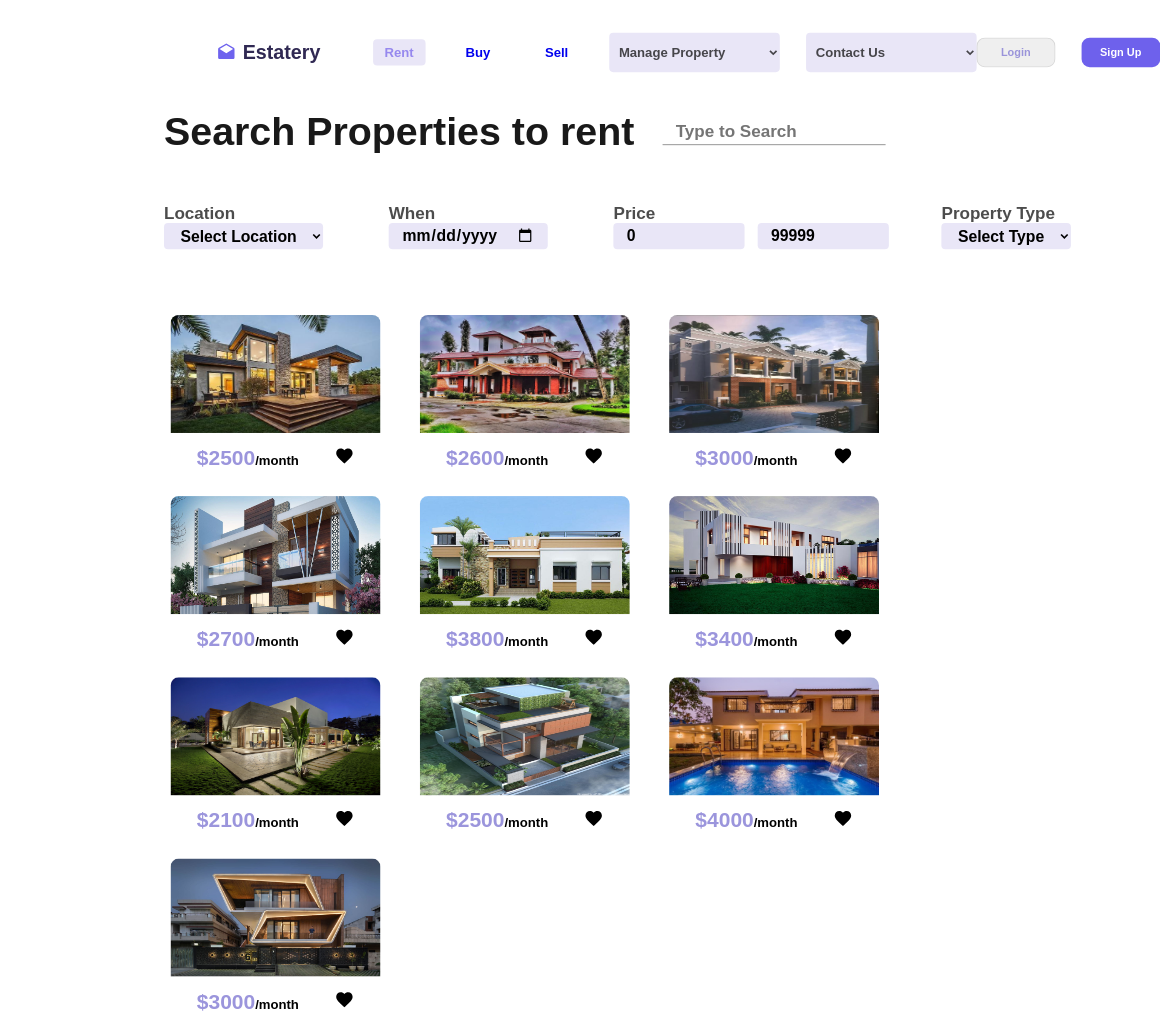
Repository: kapil4457/Reunion-Internship-Assignment
Page: /
An editor plug-in stored every save of this project. The page is shown before and after the next save, followed by the edit.
The browser window is 1280 px wide. The page is 1415 px wide, so the pictures cover 1415 px, including what lies to the right of the window. The pictures show the whole page, at 82% of full size.
The project was rebuilt for these pictures with package versions that can differ from the ones it lists, and the page was loaded fresh each time. Also part of the build but not shown: src/App.css.

Above is the page before, as saved 2022-10-07 18:29:01.

After the next save:
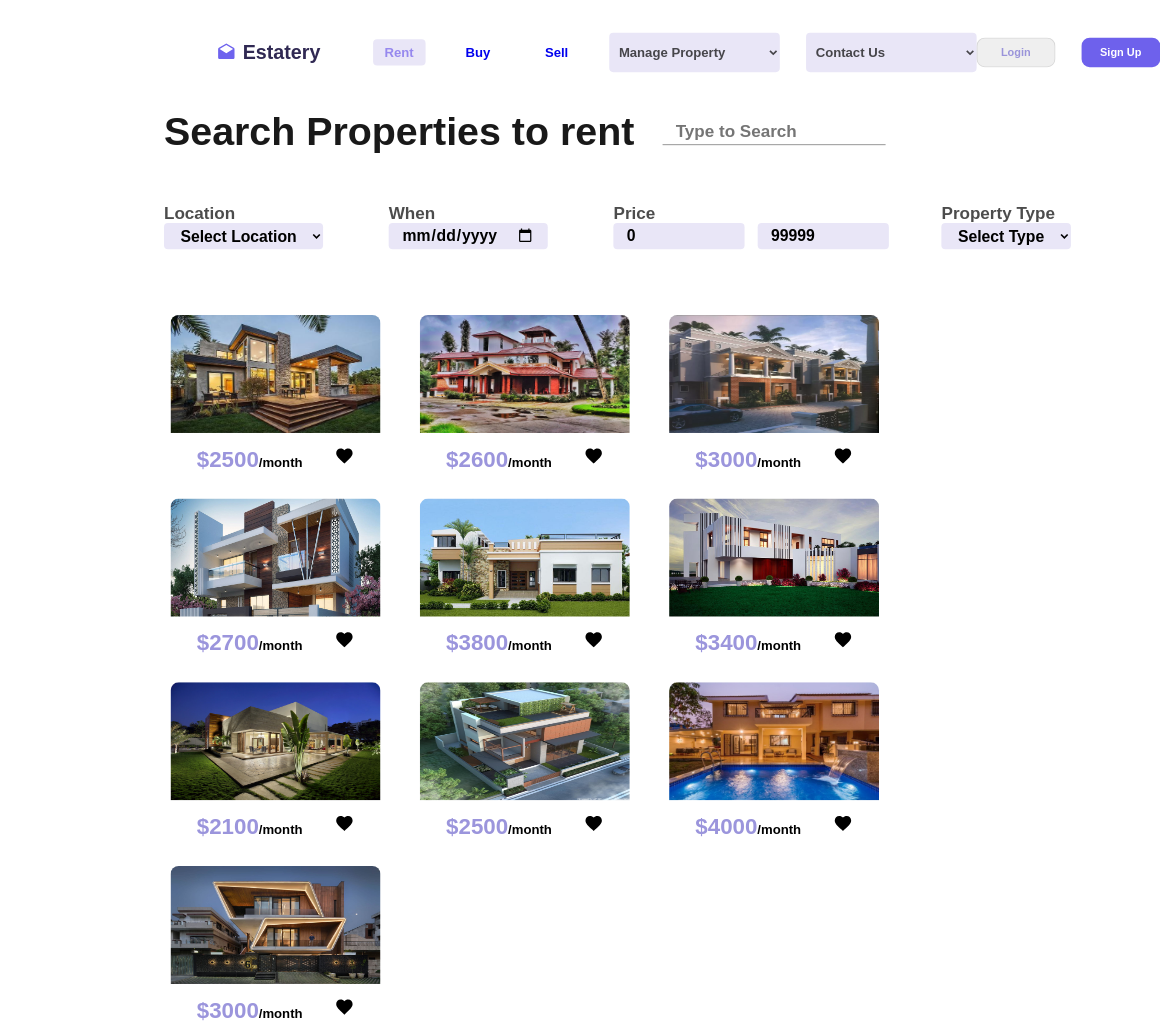
Saved 13 s later.
--- a/src/components/RentCard/RentCard.css
+++ b/src/components/RentCard/RentCard.css
@@ -22,7 +22,7 @@ height:100%;
 }
 
 .rent-card-price >div > span{
-    font-size:1.6rem;
+    font-size:1.7rem;
     font-weight:600;
     color:rgb(155,149,220);
 }
